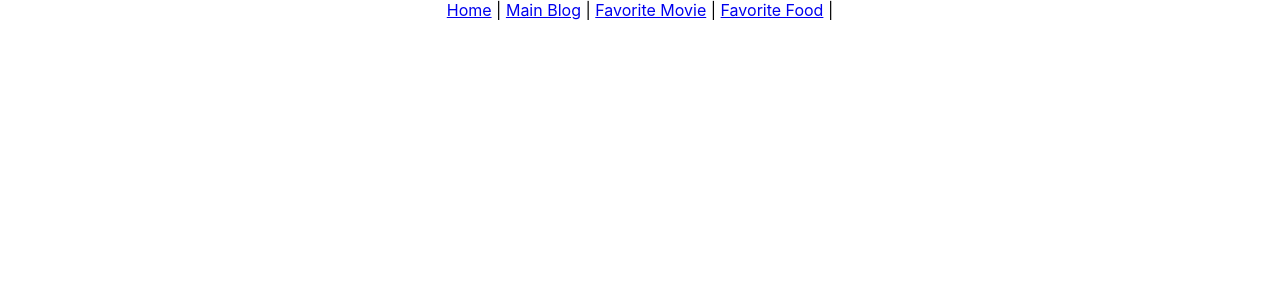
Repository: cerebrium/blogreact
Page: /about
These files come from the project's save history. The page is drawn as it stood at one moment and after a run of saves; the edit follows.
The browser window is 1280 px wide. The pictures show the whole page.
The project was rebuilt for these pictures with package versions that can differ from the ones it lists, and the page was loaded fresh each time. Also part of the build but not shown: src/Mainblog.jsx, src/Home.jsx, src/FavoriteMovie.jsx, src/FavoriteFood.jsx, src/About.jsx.

Above is the page before, as saved 2019-10-31 16:26:01.

After the next 2 saves:
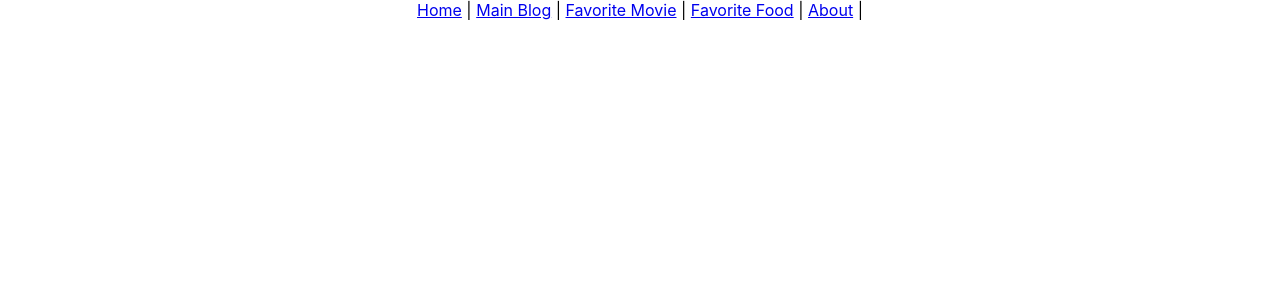
The 2 saves are shown as one change because they came seconds apart.
The last was saved 13 s later.
--- a/src/App.jsx
+++ b/src/App.jsx
@@ -15,7 +15,7 @@ function App() {
   return (
     <Router>
       <div className="App">
-        <nav><Link to='/' >Home</Link> | <Link to='/mainblog' >Main Blog</Link> | <Link to='/favoritemovie' >Favorite Movie</Link> | <Link to='/favoritefood' >Favorite Food</Link> | </nav>
+        <nav><Link to='/' >Home</Link> | <Link to='/mainblog' >Main Blog</Link> | <Link to='/favoritemovie' >Favorite Movie</Link> | <Link to='/favoritefood' >Favorite Food</Link> | <Link to='/about' >About</Link> | </nav>
 
       </div>
     </Router>
